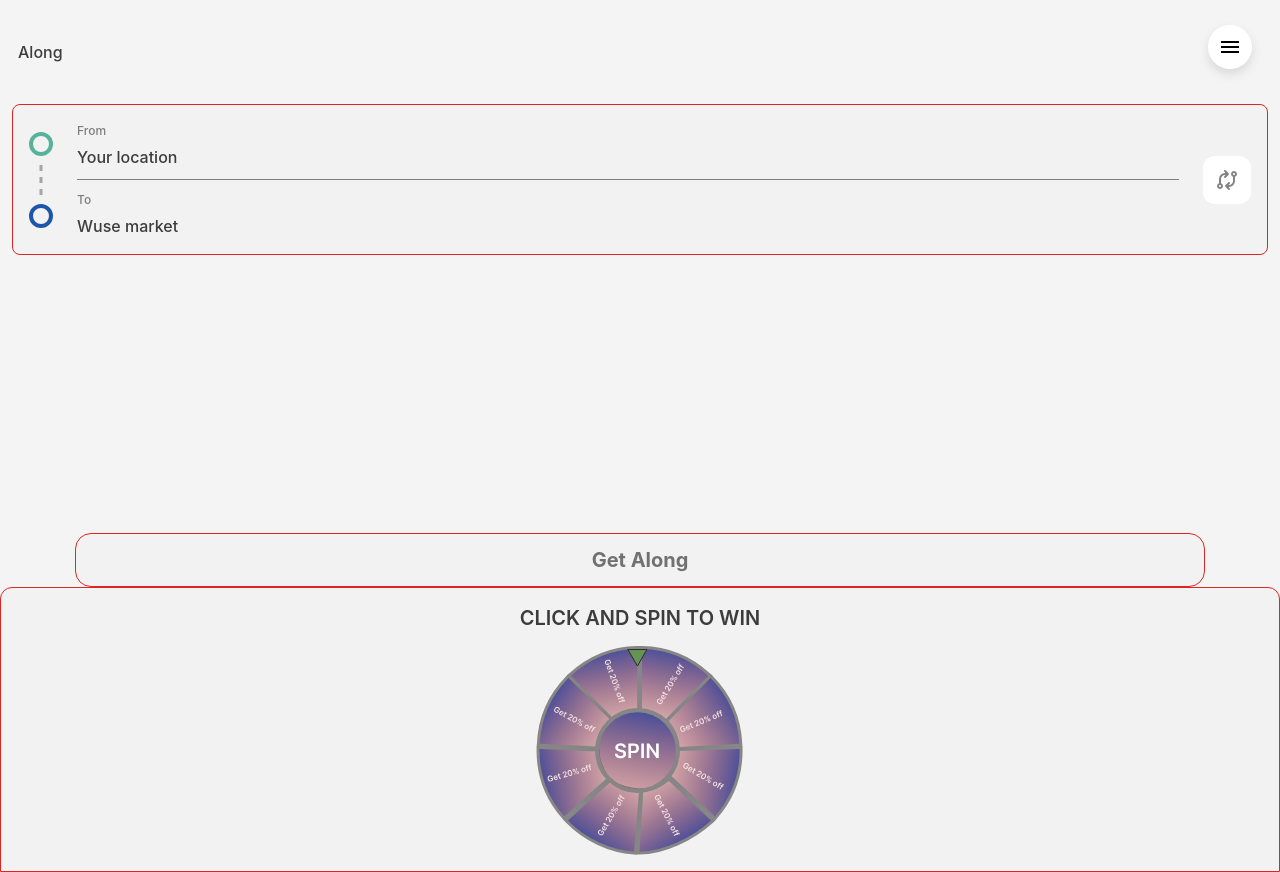
Repository: TeamAlong/Along-App
Page: /
An editor plug-in stored every save of this project. The page is shown before and after a run of saves, followed by the edit.
The browser window is 1280 px wide. The pictures show the whole page.
The project was rebuilt for these pictures with package versions that can differ from the ones it lists, and the page was loaded fresh each time. The framework's server and built-in components were replaced by stand-ins that run in the browser. Also part of the build but not shown: next.config.mjs, src/components/user/drivers-preview.js.

Above is the page before, as saved 2024-02-26 22:16:51.

After the next 2 saves:
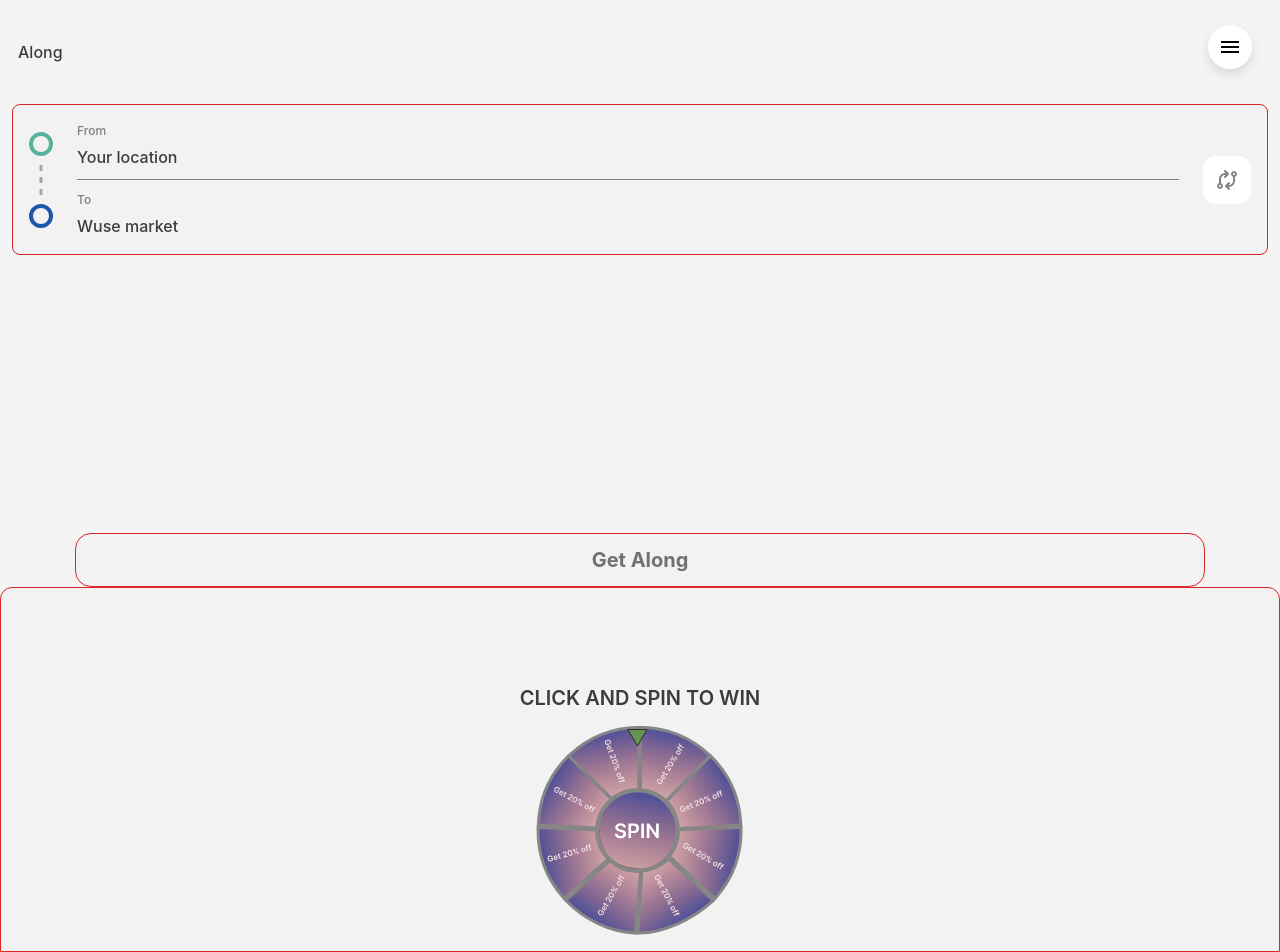
The 2 saves are shown as one change because they came seconds apart.
The last was saved 71 s later.
--- a/src/components/Footer.js
+++ b/src/components/Footer.js
@@ -6,7 +6,7 @@ import Spin from "../../public/assets/spin-board.svg";
 export default function Footer() {
   const { showSpin } = useUi();
   return (
-    <footer className="w-full bg-[#F2F2F2] rounded-tl-[12px] rounded-tr-[12px] overflow-y-auto border border-red-600 z-50">
+    <footer className="w-full bg-[#F2F2F2] rounded-tl-[12px] rounded-tr-[12px] overflow-y-auto border border-red-600 z-50 pt-20">
       {showSpin ? (
         <div className="flex flex-col gap-2.5 items-center pt-4">
           <h3 className="text-xl font-semibold">CLICK AND SPIN TO WIN</h3>
